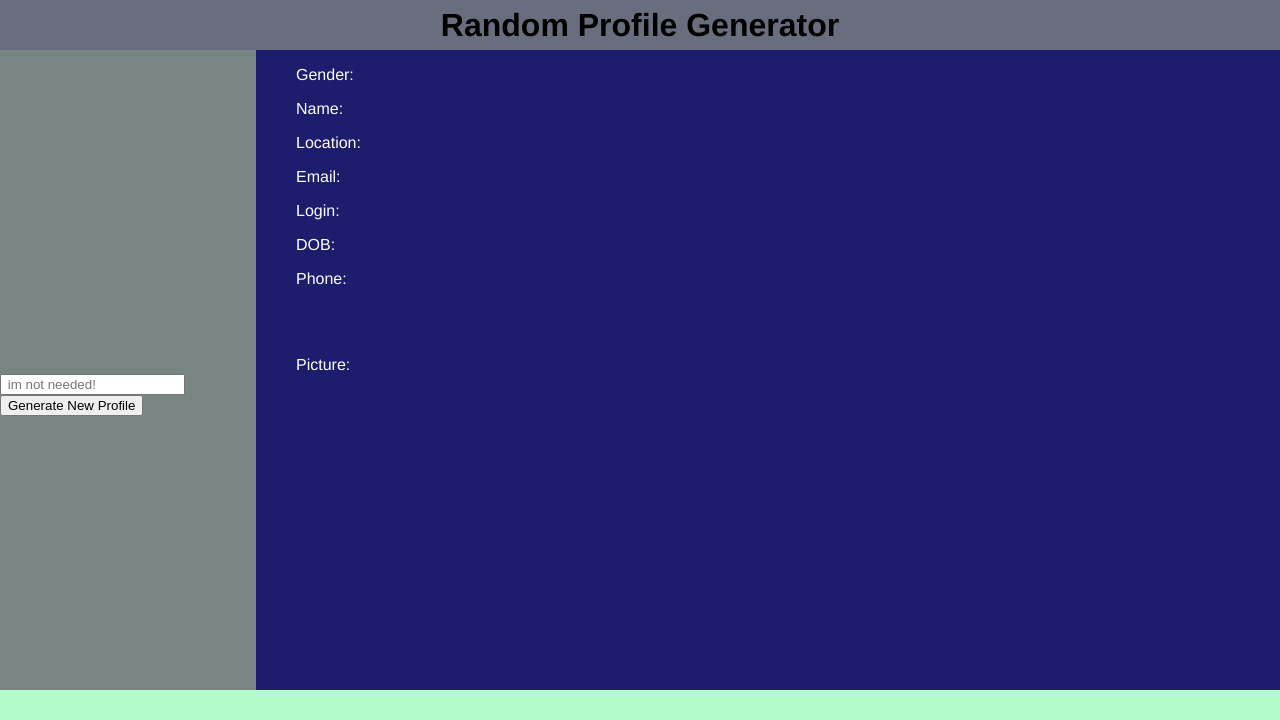
Repository: swaroopu-kr/Web-Application
Page: index.html
An editor plug-in stored every save of this project. The page is shown before and after the next save, followed by the edit.
The browser window is 1280 px wide. The pictures show the whole page.

Above is the page before, as saved 2021-10-30 11:50:57.
Console error: SyntaxError: Unexpected token '('

### index.html
<!DOCTYPE html>
<html>
  <head>
    <meta charset="utf-8">
    <meta name="viewport" content="width=device-width">
    <title>Ajax Weather Lab</title>
    <link href="./style.css" rel="stylesheet" type="text/css" />

    <script src="https://code.jquery.com/jquery-3.6.0.min.js" integrity="sha256-/xUj+3OJU5yExlq6GSYGSHk7tPXikynS7ogEvDej/m4=" crossorigin="anonymous"></script>

    <script defer src="./script.js"></script>
  </head>

  <body>

  <header>

    <h1>Random Profile Generator</h1>

    <br>
    <br>



    </header>

    <main>
<div>
<ul> Gender:   </ul>
<ul> Name: </ul>
<ul> Location: </ul>
<ul> Email: </ul>
<ul> Login: </ul>
<ul> DOB: </ul>
<ul> Phone: </ul>
<br>
<br>

<ul>Picture:  <br> </ul>


</div>

    </main>

    <aside>
      <form style="margin-top: 50px;">
        <label>
          <input type="text" placeholder=" im not needed!">
        </label>
      <input type="submit" value="Generate New Profile">
      </form>



   </aside>
   <footer>

   </footer>

</body>
</html>

### style.css

      * {
        box-sizing: border-box;
      }

      body {
        height: 100vh;
        margin: 0;
        font-family: Helvetica;
        display: grid;
        /* mobile first - single column */
        grid-template-columns: 1fr;
        grid-template-rows: 50px 30px auto 100px;

      }

      header {
        grid-area: hdr;
        background-color: #696e7e;
      }

      footer {
        grid-area: ftr;
        background-color: #b1fcc8;
      }

      aside{

        background-color: #0421188a;

      }



      main {
        grid-area: content;
        background-color: #1c1e6d;
        color: white;
        display: flex;
        justify-content: left;
        align-items: left;
      }

      header,
      footer,
      aside {
        display: flex;
        justify-content: center;
        align-items: center;
      }

      @media only screen and (min-width: 768px) {
        body {
          grid-template-columns: 1fr 4fr;
          grid-template-rows: 50px auto 30px;
          grid-template-areas:
          "hdr hdr"
          "side content"
          "ftr ftr";
        }

      }

### script.js
//IIFE FUNCTION
//$(function () {





    // Constants
    BASE_URL = 'https://randomuser.me/api/?inc=gender,name,location,email,login,DOB,phone,picture';

    // State Variables

    let apiData;

    // Cached Element References
    const $input = $('input[type="text"]')
    const $main = $('main');
    const $form = $('form');

// Event Listeners

$main.on('click', 'article', handleClick);

getData();


function getData () {
$ajax.(BASE_URL)
.then(function(data){
apiData = data;
render();
}, function(error) {

});
} //close function

function handleClick () {
$(this).children().toggleClass('hidden');
}


function render (){




}


    // Functions

    function handleSubmit(evt) {
      evt.preventDefault();
      const currCity = $input.val();
      console.log(currCity)
        $.ajax({BASE_URL}
  success: function(data) {
    console.log(data);
  })
};





    // add data as text content to our DOM elements
    function render () {
      $main.html(
        // create p tags with weatherData values interpolated within them
        `
        <p>Weather For: ${weatherData.name}</p>
        <p>Temperature: ${weatherData.main.temp}&#176;</p>
        <p>Feels Like: ${weatherData.main.feels_like}&#176;</p>
        <p>Weather: ${weatherData.weather[0].description}</p>
        `
      )
    }

   //})

After the next save:
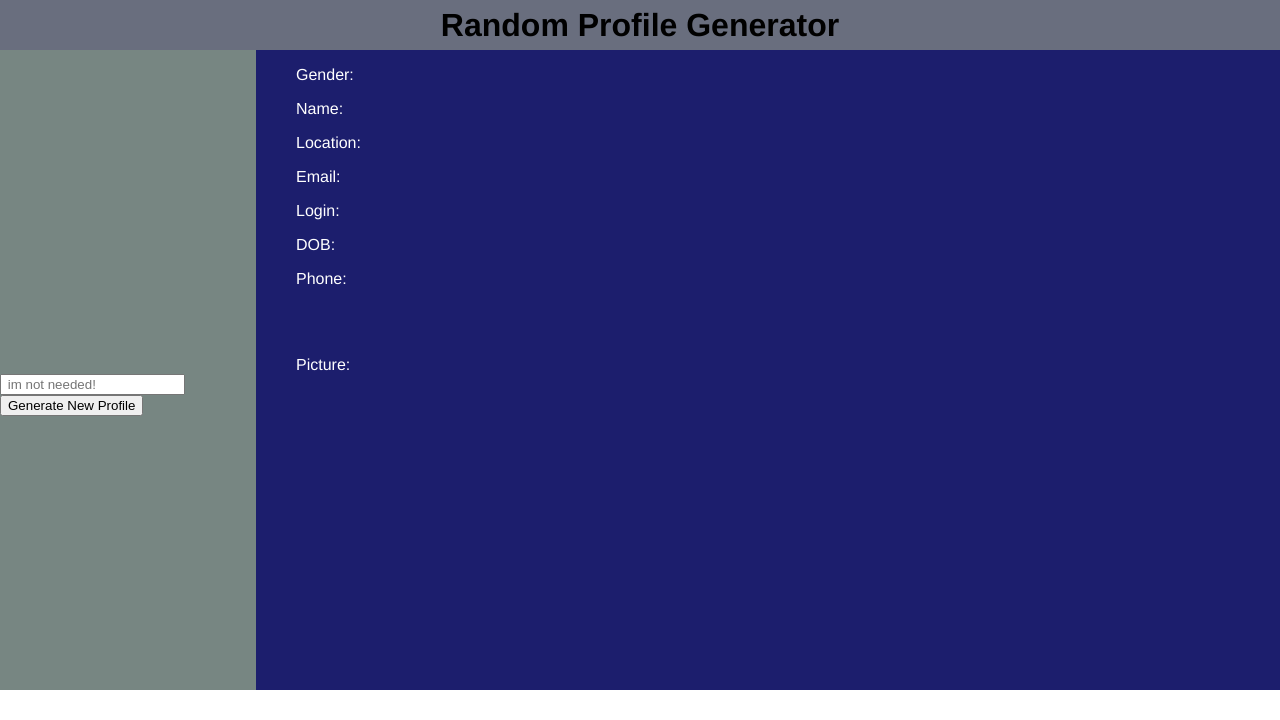
Saved 77 s later.
--- a/index.html
+++ b/index.html
@@ -54,9 +54,9 @@
 
 
    </aside>
-   <footer>
 
-   </footer>
+
+
 
 </body>
 </html>
